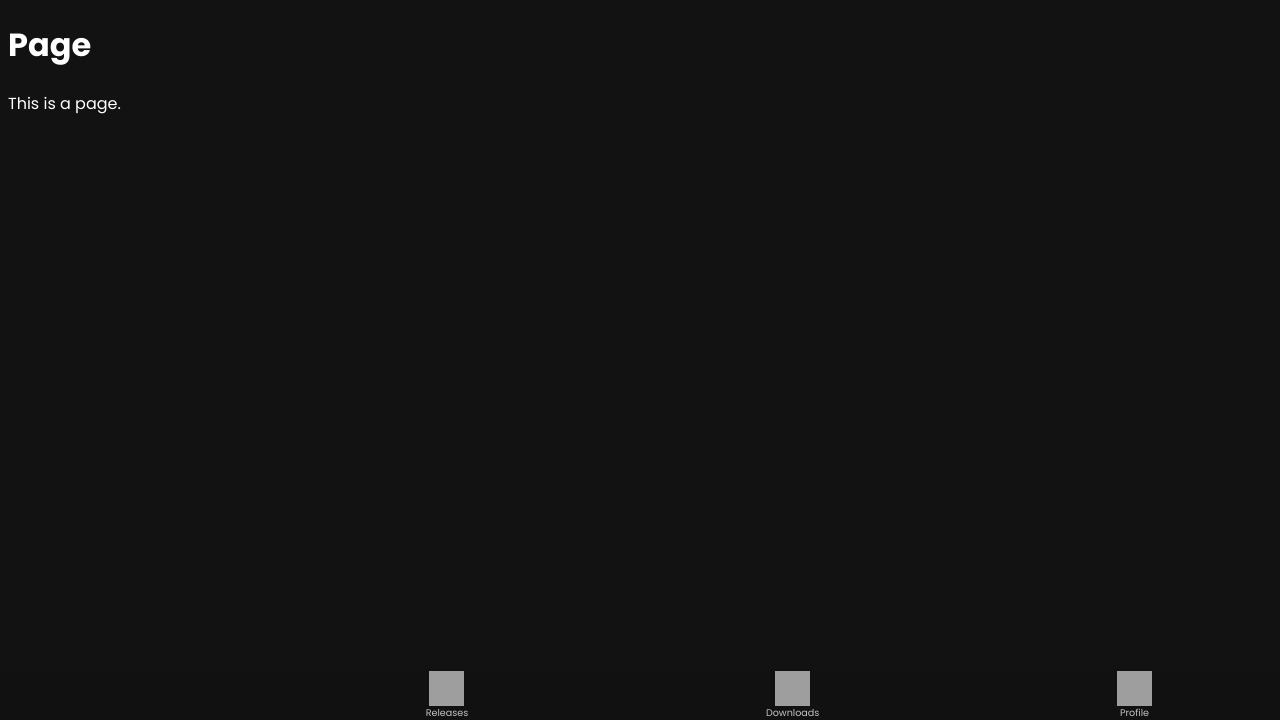
Repository: NubbDev/anime-frontend
Page: /
The author's editor kept a copy of each file at every save. The page is drawn from the files as they stood at one save, then again after the next save.
The browser window is 1280 px wide. The pictures show the whole page.
Pictures or frames that could not be fetched are drawn as grey boxes. The project was rebuilt for these pictures with package versions that can differ from the ones it lists, and the page was loaded fresh each time. The framework's server and built-in components were replaced by stand-ins that run in the browser. Also part of the build but not shown: svelte.config.js, vite.config.js.

Above is the page before, as saved 2024-08-08 02:03:56.
Console error: TypeError: house_blank_filled_default is not a constructor

After the next save:
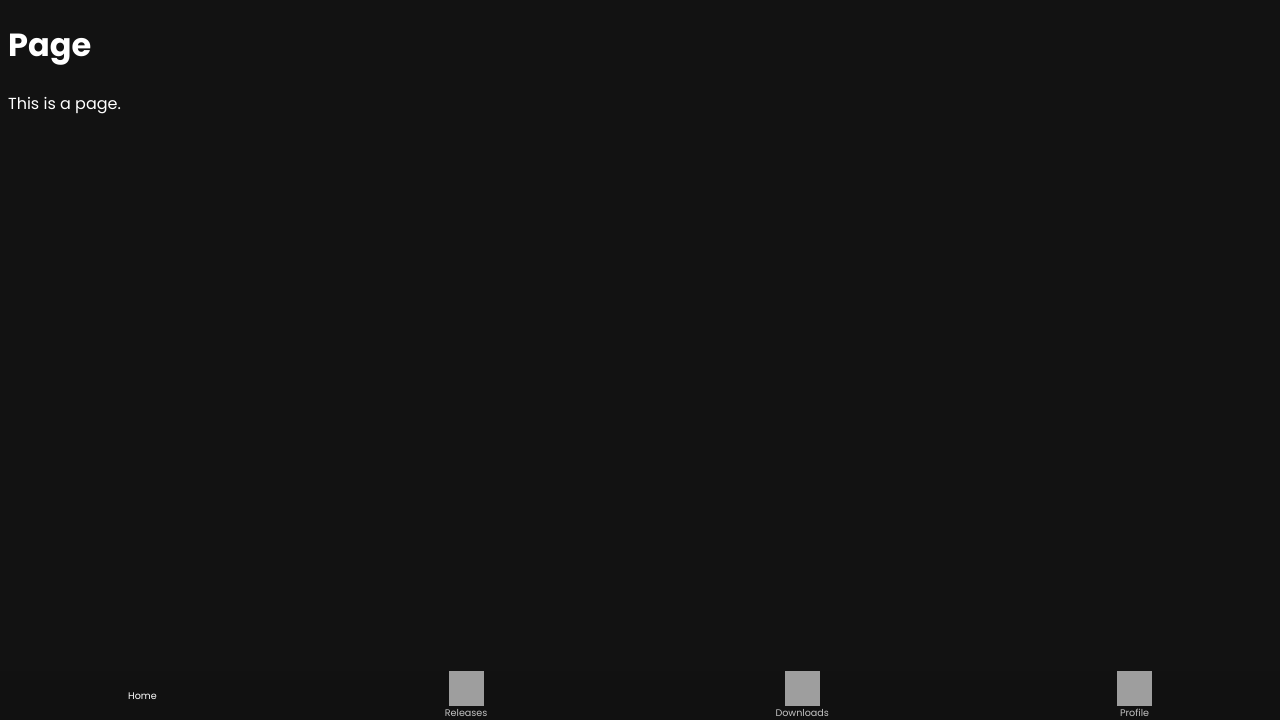
The error is gone.
Saved 40 s later.
--- a/src/components/navigation/NavBar.svelte
+++ b/src/components/navigation/NavBar.svelte
@@ -51,9 +51,10 @@
             {#if path === option.href}
                 <!-- <img src={option.selected} alt="/" style="fill: white;">
                   -->
-                <FilledHouse color="white" />
+                <option.selected color="white" />
                 <span>{option.name}</span>
             {:else}
+
                 <img src={option.unSelected} alt={option.name} >
                 <span style="color: var(--icon-unselected);">{option.name}</span>
             {/if}
